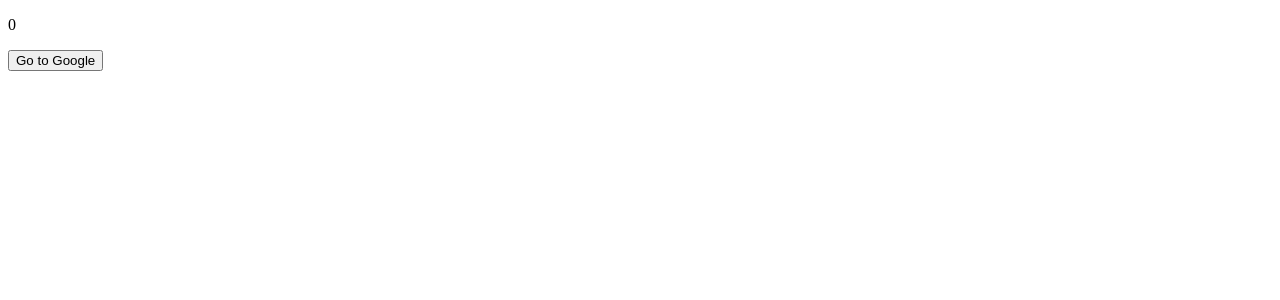
Repository: a-rydzak/Java
Page: http://localhost/Counter/Click
An editor plug-in stored every save of this project. The page is shown before and after the next save, followed by the edit.
The browser window is 1280 px wide. The pictures show the whole page.
The page is served by Tomcat 9.

Above is the page before, as saved 2019-07-12 14:57:41.

After the next save:
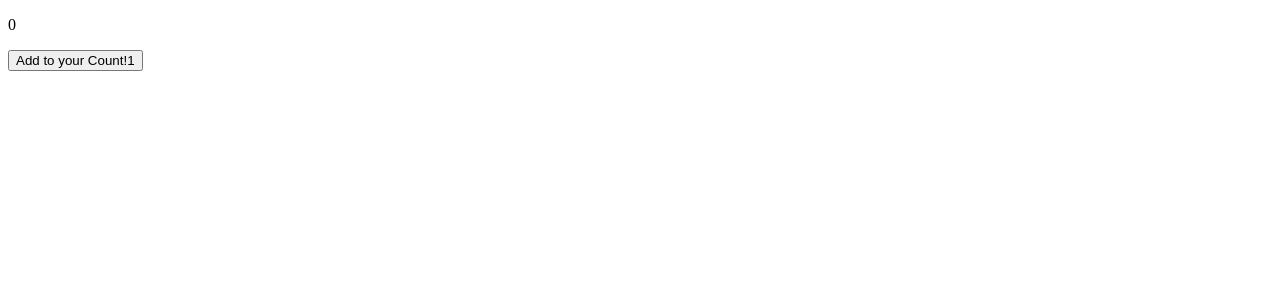
Saved 8 s later.
--- a/Java MVC/ButtonClicker/Counter/WebContent/WEB-INF/views/Click.jsp
+++ b/Java MVC/ButtonClicker/Counter/WebContent/WEB-INF/views/Click.jsp
@@ -13,7 +13,7 @@
     </p>
 
 	<form action="/Increase">
-	    <input type="submit" value="Go to Google" />
+	    <input type="submit" value="Add to your Count!1" />
 	</form>
 </body>
 </html>
